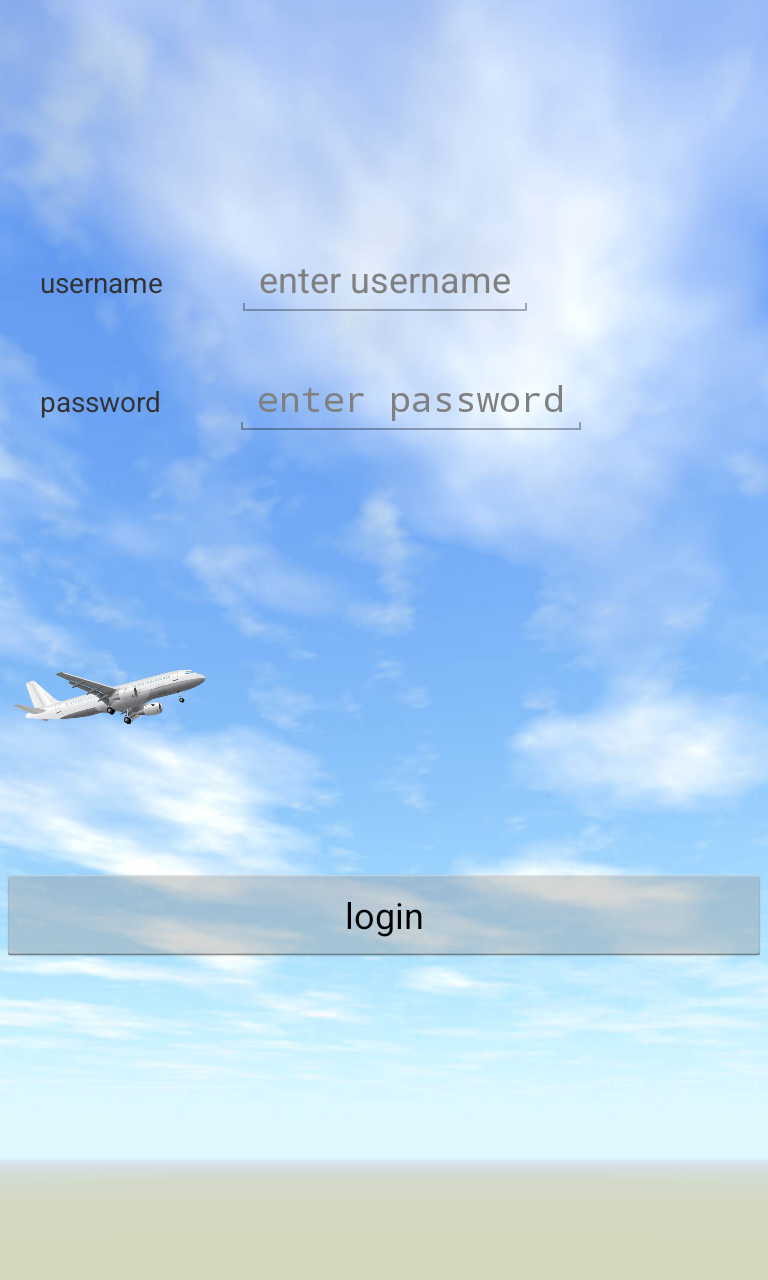
Repository: prernanain27/Android-Travel-Project
Layout: Itravel/res/layout/activity_finalproject.xml
These files come from the project's save history. The layout is drawn as it stood at one moment and after the next save; the edit follows.
It is drawn on a 768 x 1280 px phone screen (xhdpi) without system bars, with theme AppTheme; the app's code is not run.

Above is the layout before, as saved 2013-09-21 04:24:49.

After the next save:
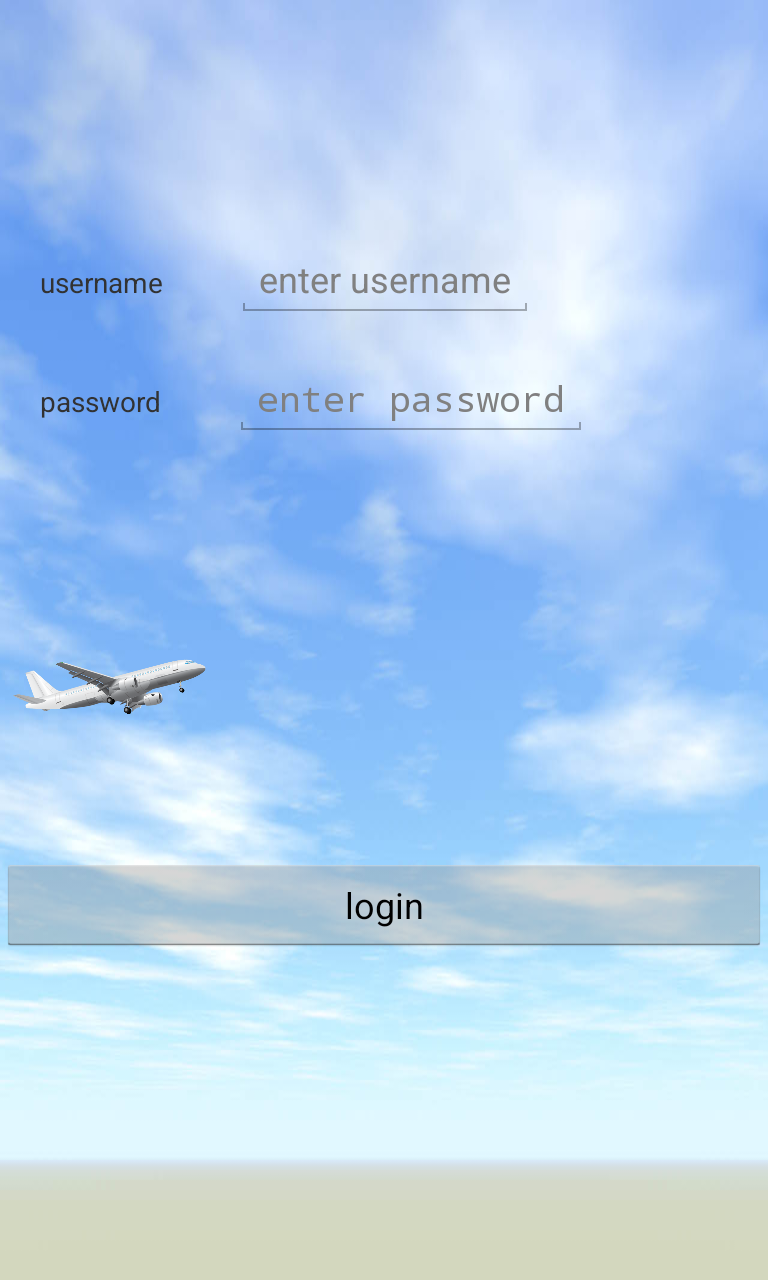
Saved 11 s later.
--- a/Itravel/res/layout/activity_finalproject.xml
+++ b/Itravel/res/layout/activity_finalproject.xml
@@ -89,7 +89,6 @@
         android:layout_width="100dp"
         android:layout_height="100dp"
         android:layout_marginLeft="05dp"
-        android:layout_marginTop="05dp"
         android:src="@drawable/plane" />
 <Button
     android:layout_height="wrap_content"
